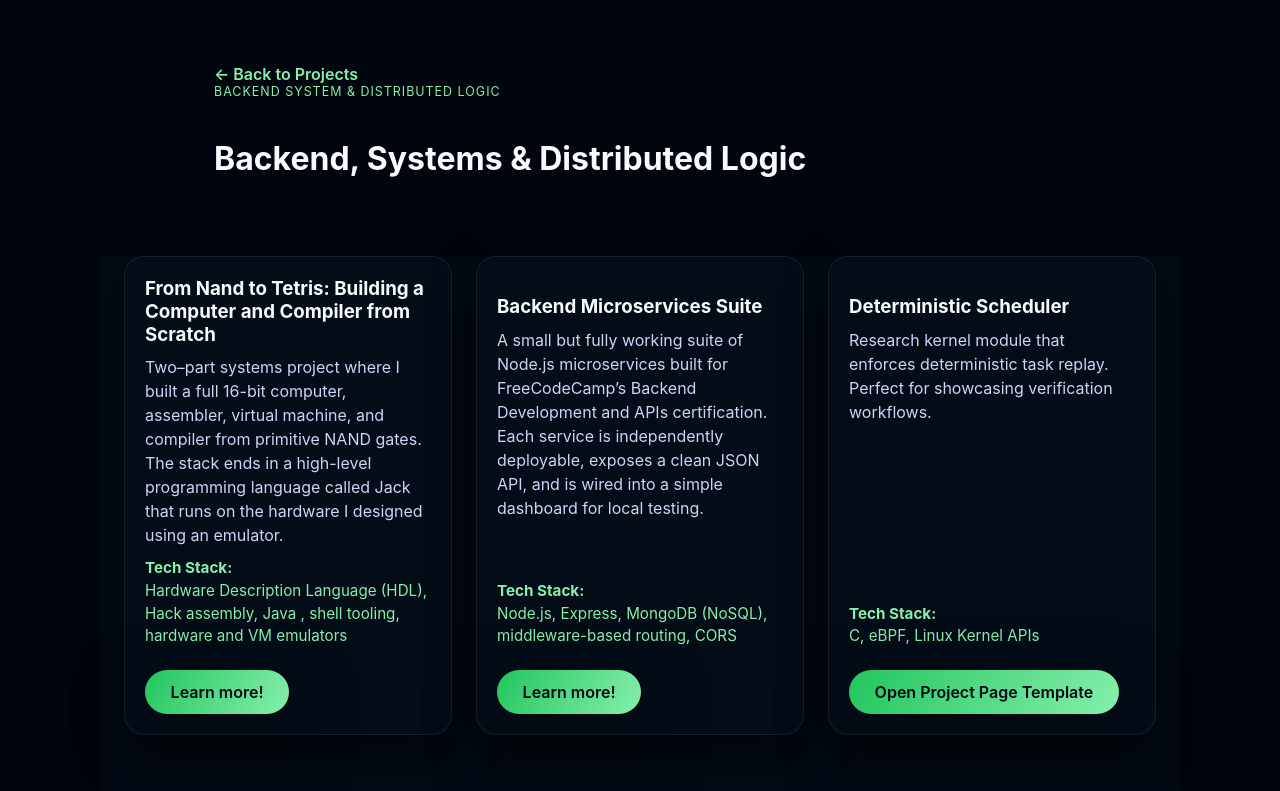
Repository: Abdulaziz-04/Abdulaziz-04.github.io
Page: projects/backend_systems.html
An editor plug-in stored every save of this project. The page is shown before and after the next save, followed by the edit.
The browser window is 1280 px wide. The pictures show the whole page.

Above is the page before, as saved 2025-11-21 15:22:58.

After the next save:
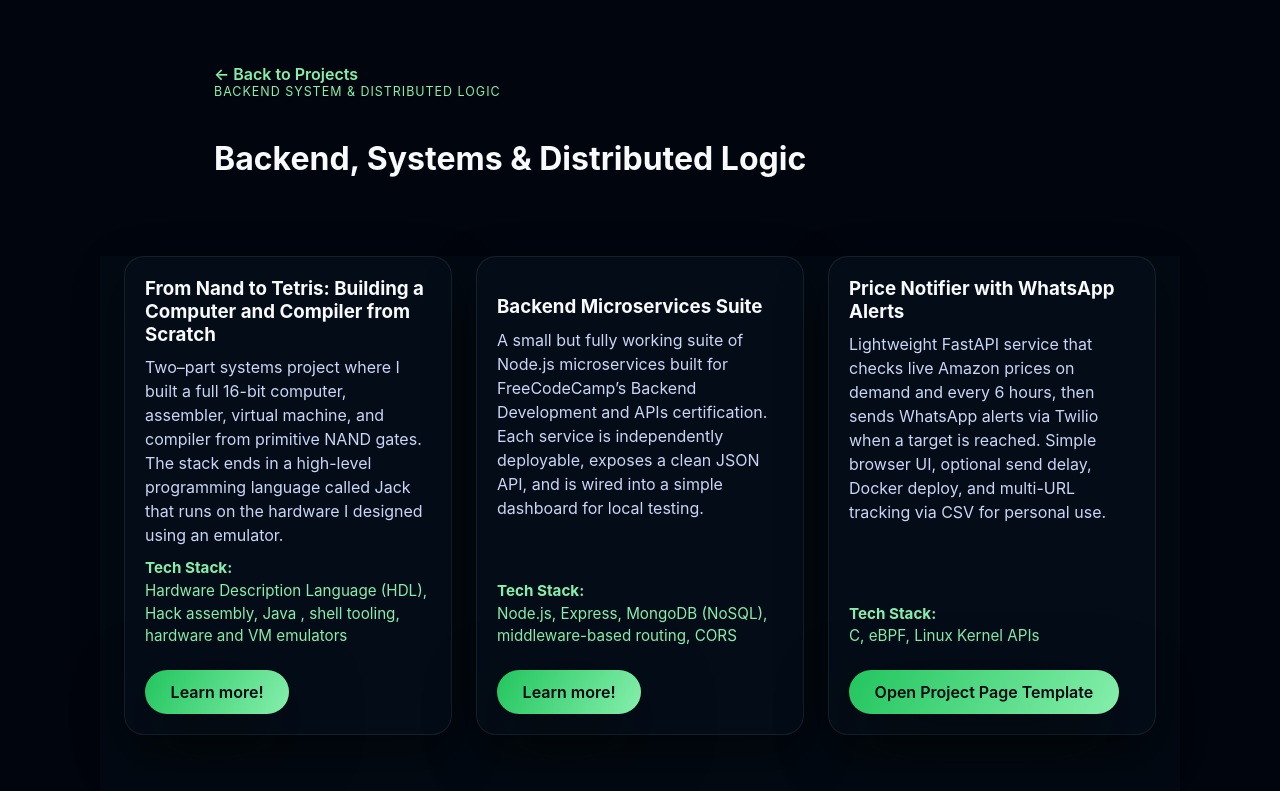
Saved 44 s later.
--- a/projects/backend_systems.html
+++ b/projects/backend_systems.html
@@ -70,10 +70,12 @@
 
         <article class="project-modal-card">
           <div class="project-modal__body">
-            <h3>Deterministic Scheduler</h3>
+            <h3>Price Notifier with WhatsApp Alerts</h3>
             <p class="project-modal__summary">
-              Research kernel module that enforces deterministic task replay.
-              Perfect for showcasing verification workflows.
+              Lightweight FastAPI service that checks live Amazon prices on
+              demand and every 6 hours, then sends WhatsApp alerts via Twilio
+              when a target is reached. Simple browser UI, optional send delay,
+              Docker deploy, and multi-URL tracking via CSV for personal use.
             </p>
             <p class="project-modal__tech">
               <strong>Tech Stack:</strong> C, eBPF, Linux Kernel APIs
